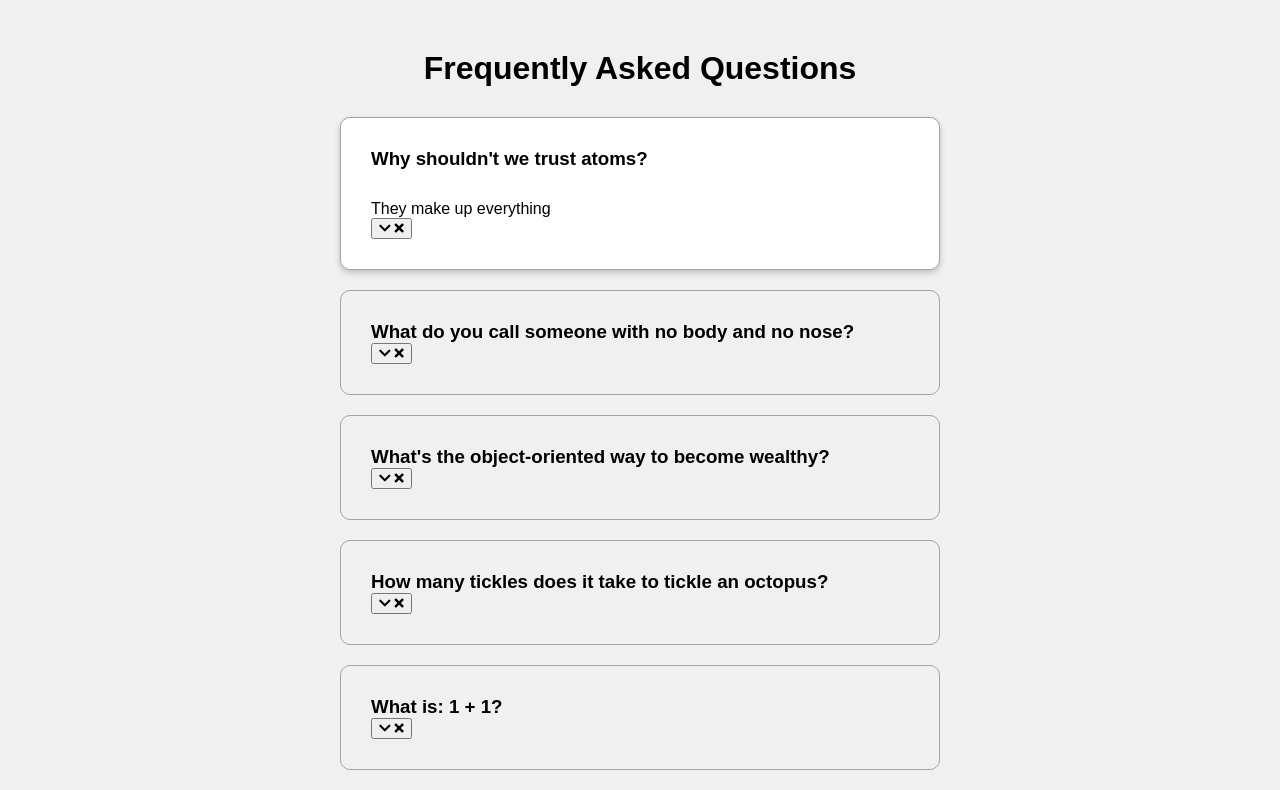
Repository: Williamlmachado/F.A.Q
Page: index.html
These files come from the project's save history. The page is drawn as it stood at one moment and after the next save; the edit follows.
The browser window is 1280 px wide. The pictures show the whole page.
Some web fonts or font styles are not loaded; a fallback is used. Some web libraries are served in a nearby version.

Above is the page before, as saved 2021-08-23 09:22:33.

After the next save:
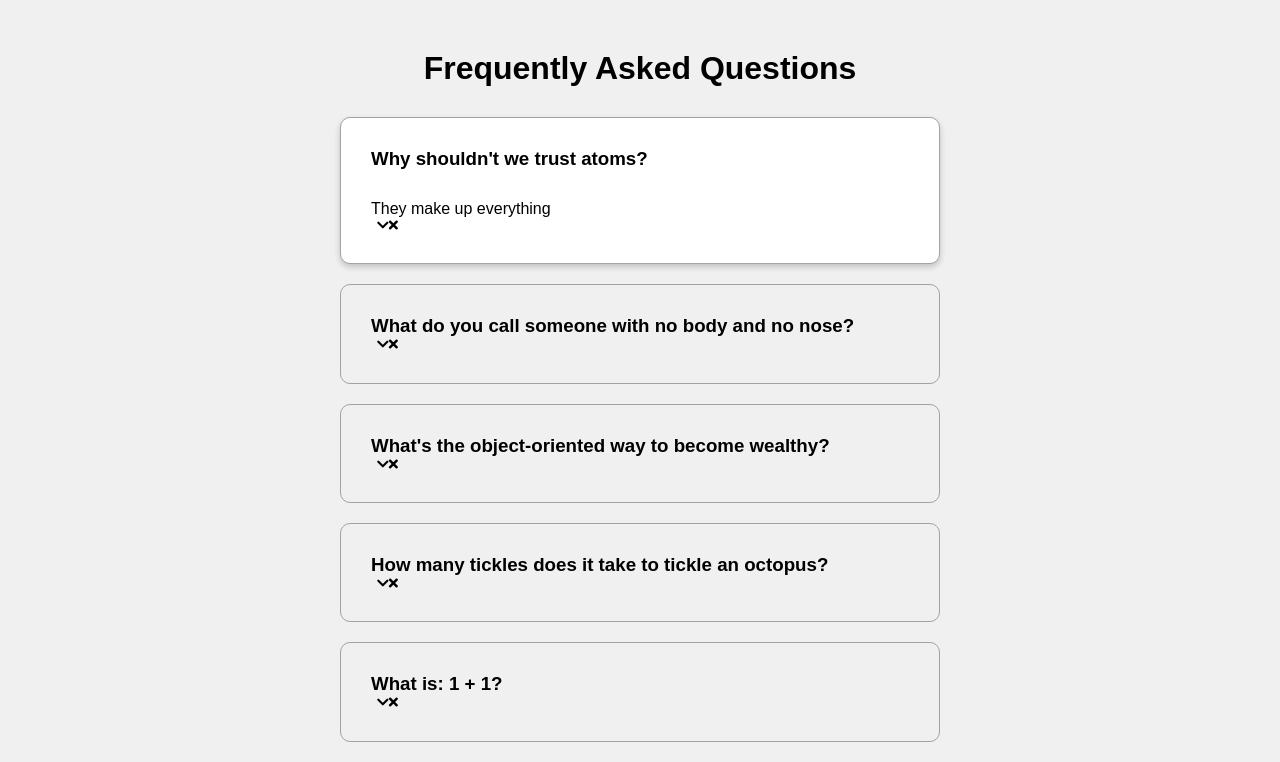
Saved 19 min 8 s later.
--- a/style.css
+++ b/style.css
@@ -60,3 +60,12 @@ h1 {
 .faq.active .faq-text{
     display: block;
 }
+
+.faq-toggle{
+    background-color: transparent;
+    border: 0;
+    cursor: pointer;
+    display: flex;
+    align-items: center;
+    ju
+}
